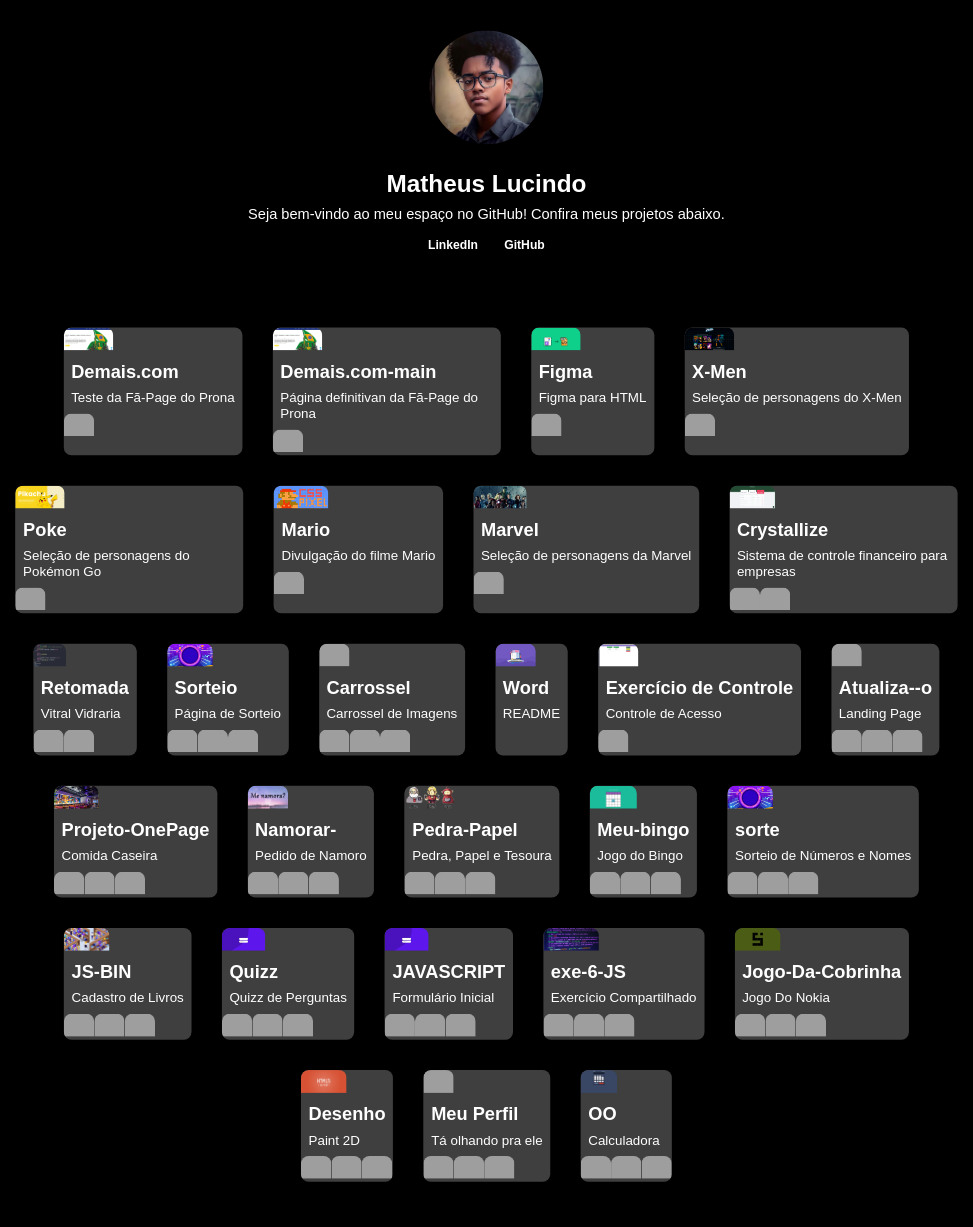
Repository: Matheus904-12/Meu-Perfil
Page: index.html
An editor plug-in stored every save of this project. The page is shown before and after the next save, followed by the edit.
The browser window is 1280 px wide. The pictures show the whole page, at 76% of full size.
Pictures or frames that could not be fetched are drawn as grey boxes.

Above is the page before, as saved 2023-09-26 22:02:47.

After the next save:
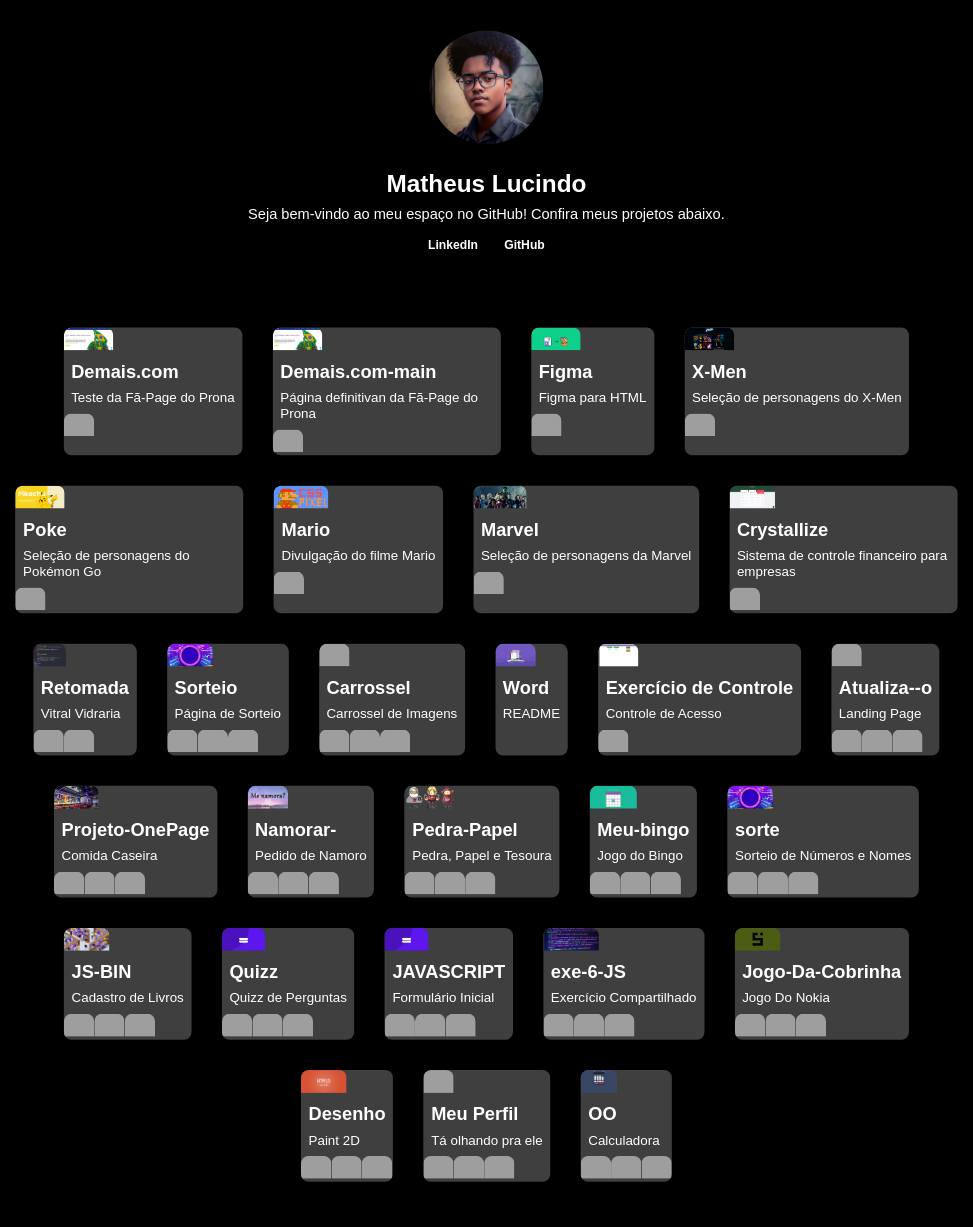
Saved 4 s later.
--- a/script.js
+++ b/script.js
@@ -46,7 +46,7 @@
             name: 'Crystallize',
             description: 'Sistema de controle financeiro para empresas',
             coverImage: 'sis.png',
-            languages: ['HTML', 'CSS']
+            languages: ['']
         },
         {
             name: 'Retomada',
